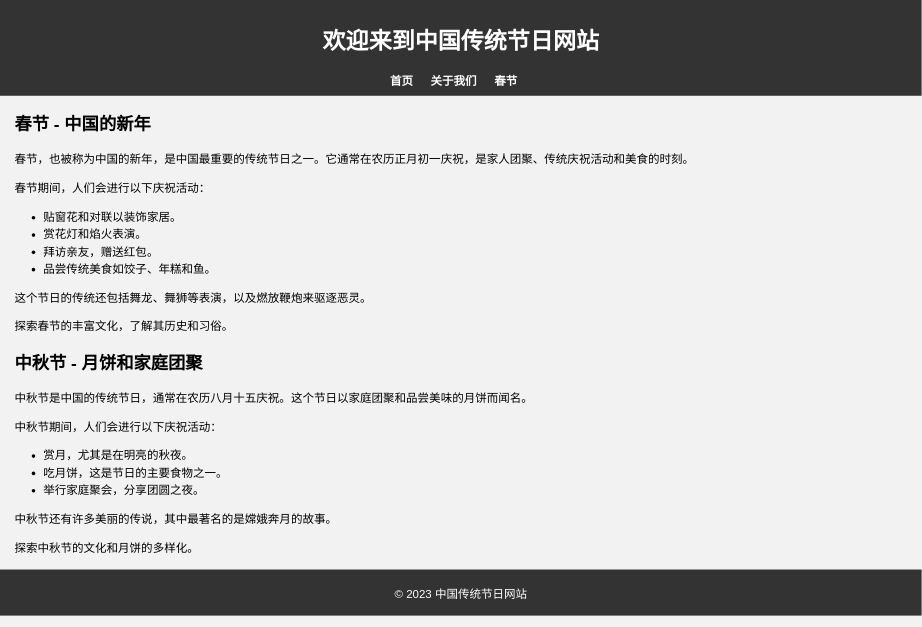
Repository: XueJie1/computer-operation-basics
Page: index.html
An editor plug-in stored every save of this project. The page is shown before and after the next save, followed by the edit.
The browser window is 1280 px wide. The pictures show the whole page, at 72% of full size.

Above is the page before, as saved 2023-08-30 14:43:18.

After the next save:
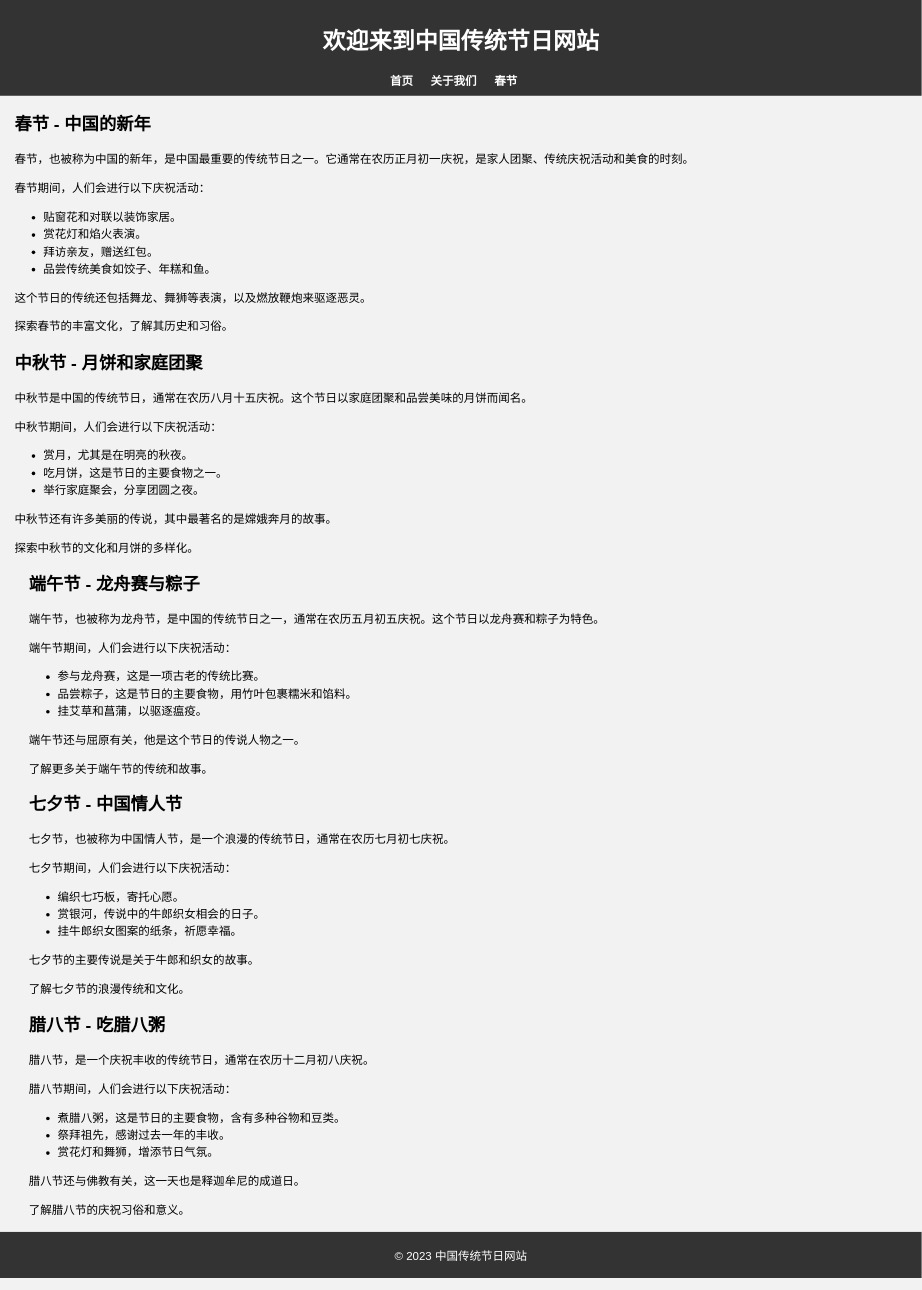
Saved 68 s later.
--- a/index.html
+++ b/index.html
@@ -39,7 +39,54 @@
             <p>探索中秋节的文化和月饼的多样化。</p>
         </section>
 
-        <!-- 添加更多节日的信息 -->
+        <main>
+            <!-- 春节内容（与前面示例一致） -->
+
+            <!-- 中秋节内容（与前面示例一致） -->
+
+            <section id="dragon-boat-festival">
+                <h2>端午节 - 龙舟赛与粽子</h2>
+                <p>端午节，也被称为龙舟节，是中国的传统节日之一，通常在农历五月初五庆祝。这个节日以龙舟赛和粽子为特色。</p>
+                <p>端午节期间，人们会进行以下庆祝活动：</p>
+                <ul>
+                    <li>参与龙舟赛，这是一项古老的传统比赛。</li>
+                    <li>品尝粽子，这是节日的主要食物，用竹叶包裹糯米和馅料。</li>
+                    <li>挂艾草和菖蒲，以驱逐瘟疫。</li>
+                </ul>
+                <p>端午节还与屈原有关，他是这个节日的传说人物之一。</p>
+                <p>了解更多关于端午节的传统和故事。</p>
+            </section>
+
+            <section id="qixi-festival">
+                <h2>七夕节 - 中国情人节</h2>
+                <p>七夕节，也被称为中国情人节，是一个浪漫的传统节日，通常在农历七月初七庆祝。</p>
+                <p>七夕节期间，人们会进行以下庆祝活动：</p>
+                <ul>
+                    <li>编织七巧板，寄托心愿。</li>
+                    <li>赏银河，传说中的牛郎织女相会的日子。</li>
+                    <li>挂牛郎织女图案的纸条，祈愿幸福。</li>
+                </ul>
+                <p>七夕节的主要传说是关于牛郎和织女的故事。</p>
+                <p>了解七夕节的浪漫传统和文化。</p>
+            </section>
+
+            <section id="laba-festival">
+                <h2>腊八节 - 吃腊八粥</h2>
+                <p>腊八节，是一个庆祝丰收的传统节日，通常在农历十二月初八庆祝。</p>
+                <p>腊八节期间，人们会进行以下庆祝活动：</p>
+                <ul>
+                    <li>煮腊八粥，这是节日的主要食物，含有多种谷物和豆类。</li>
+                    <li>祭拜祖先，感谢过去一年的丰收。</li>
+                    <li>赏花灯和舞狮，增添节日气氛。</li>
+                </ul>
+                <p>腊八节还与佛教有关，这一天也是释迦牟尼的成道日。</p>
+                <p>了解腊八节的庆祝习俗和意义。</p>
+            </section>
+
+            <!-- 添加更多节日的信息 -->
+
+        </main>
+
 
     </main>
 
